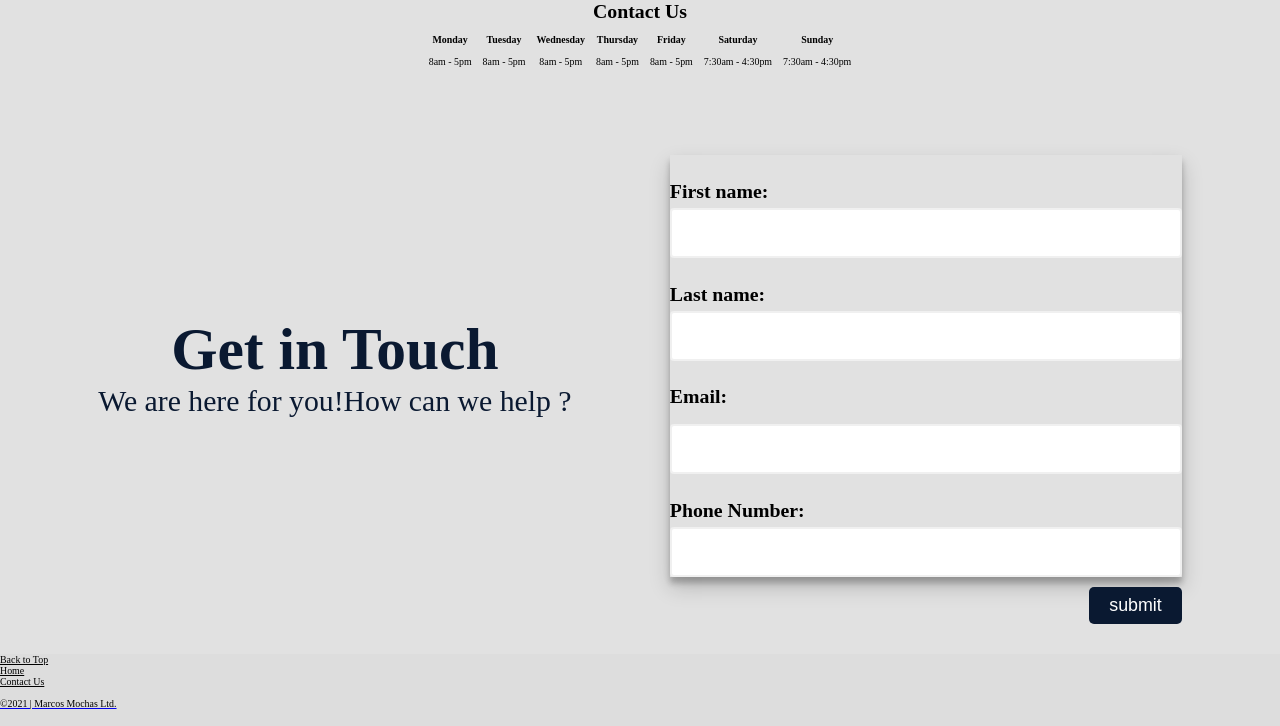
Repository: CAMPSLOPY/marcos-mochas
Page: HTML/contact.html
An editor plug-in stored every save of this project. The page is shown before and after the next save, followed by the edit.
The browser window is 1280 px wide. The pictures show the whole page.

Above is the page before, as saved 2021-07-02 19:22:21.

After the next save:
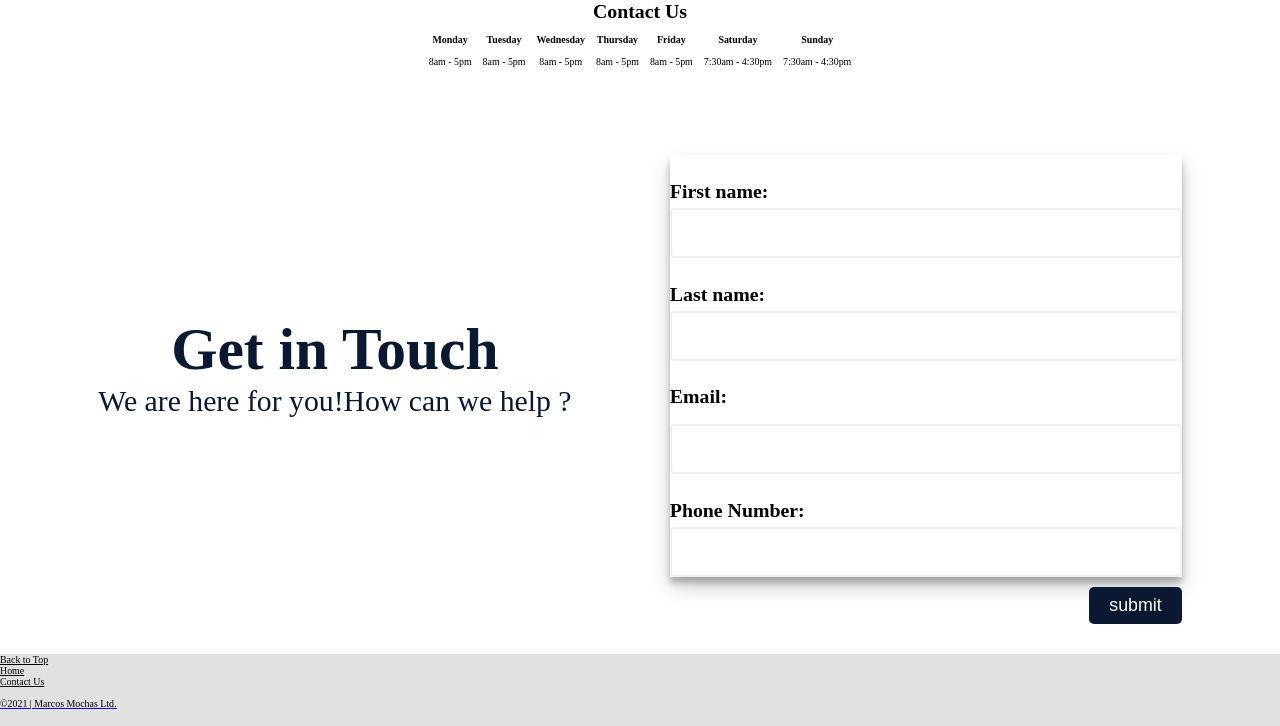
Saved 10 s later.
--- a/CSS/contact.css
+++ b/CSS/contact.css
@@ -8,7 +8,7 @@
 
 body{
     min-height: 100vh;
-    background: #dddd;
+    background: white;
 }
 
 html{

After the save that followed:
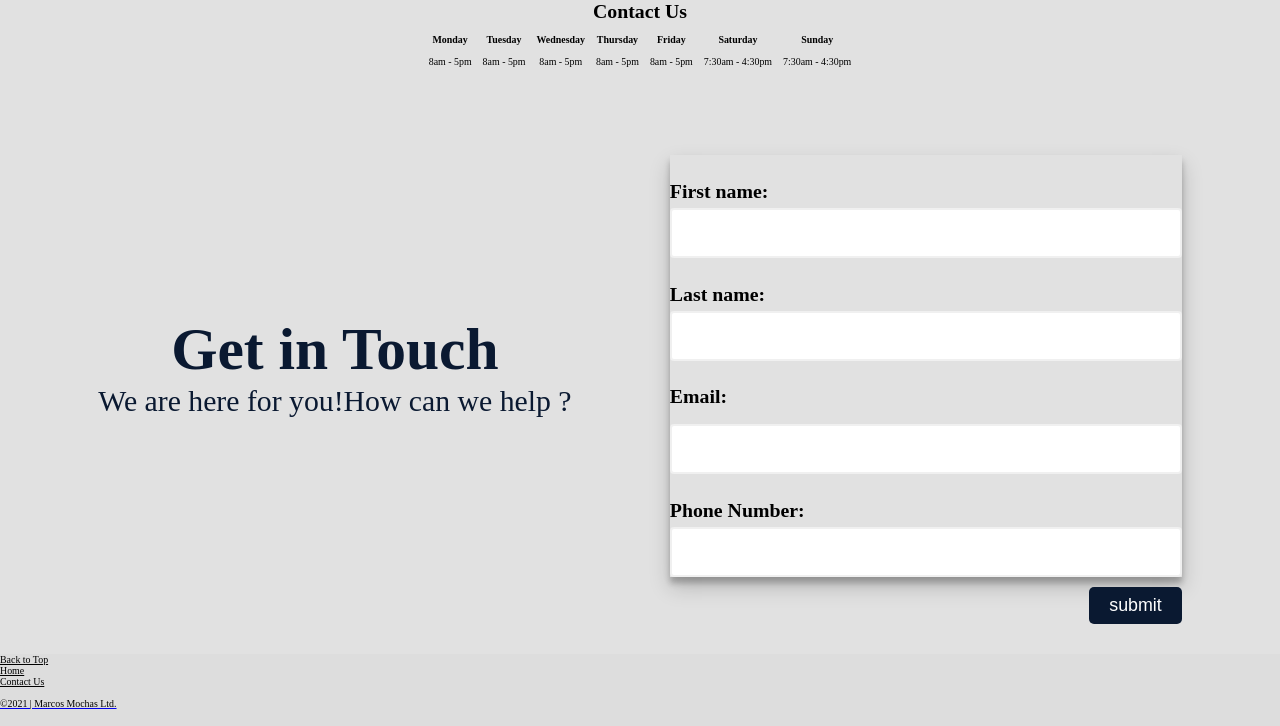
Saved 12 s later.
--- a/CSS/contact.css
+++ b/CSS/contact.css
@@ -8,7 +8,7 @@
 
 body{
     min-height: 100vh;
-    background: white;
+    background: #dddd;
 }
 
 html{
